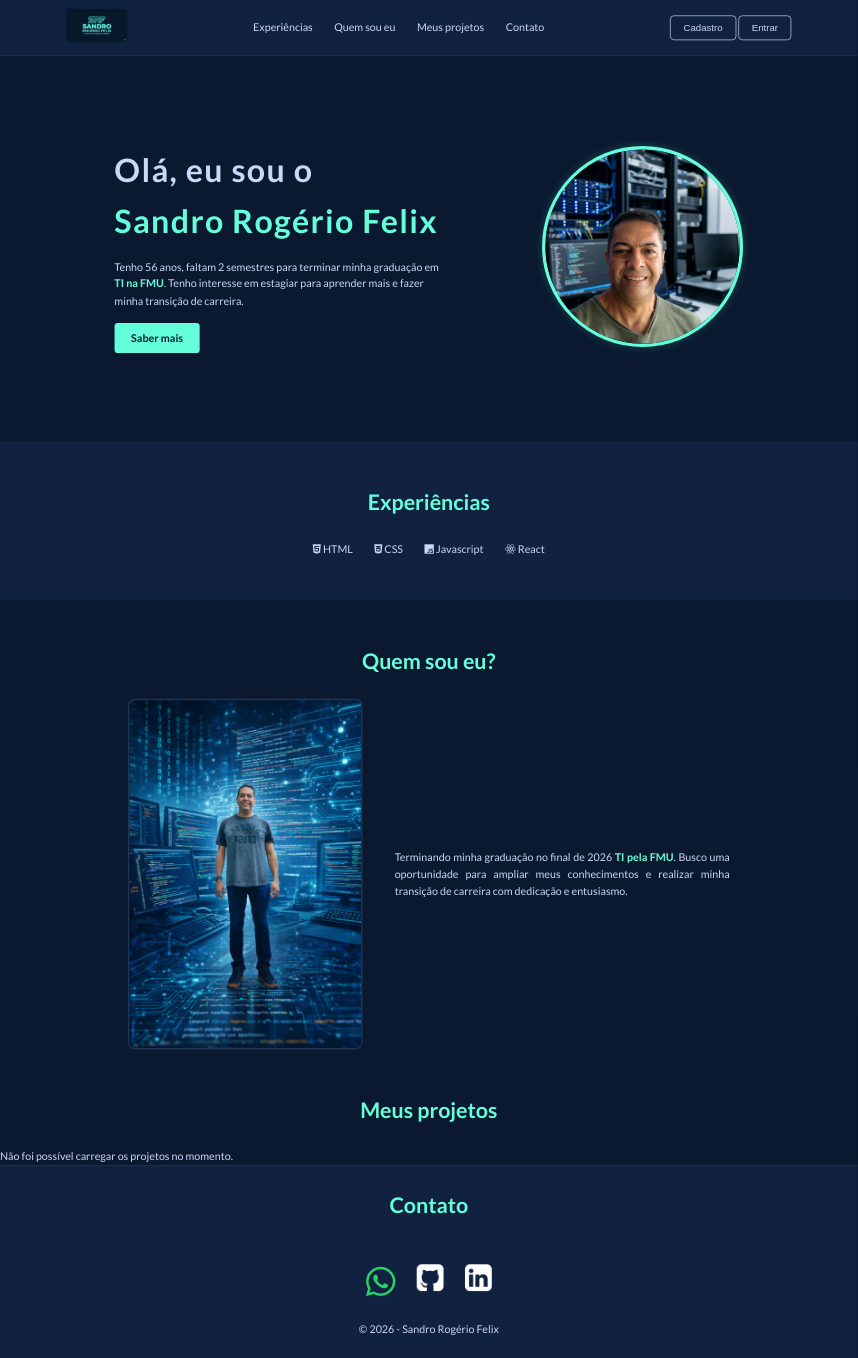
Repository: Sandro1969-tech/portifolio-Sandro
Page: index.html
An editor plug-in stored every save of this project. The page is shown before and after a run of saves, followed by the edit.
The browser window is 1280 px wide. The pictures show the whole page, at 67% of full size.
The page's requests for data from a server got no answer.

Above is the page before, as saved 2026-07-20 17:57:25.

### index.html
<!DOCTYPE html>
<html lang="pt-br">
<head>
    <meta charset="UTF-8" />
    <meta name="viewport" content="width=device-width, initial-scale=1.0" />
    <title>Sandro Rogério Felix | Portfólio</title>
    <link rel="stylesheet" href="style.css" />
    <link rel="stylesheet" href="https://cdnjs.cloudflare.com/ajax/libs/font-awesome/6.0.0/css/all.min.css">
</head>
<body>
    <header>
        <div class="box-img-header">
            <img class="img-logo" src="image/logo.png" alt="logo-SRF" />
        </div>
        <nav>
            <a href="#experiences" class="nav-links">Experiências</a>
            <a href="#quem-sou-eu" class="nav-links">Quem sou eu</a>
            <a href="#meus-projetos" class="nav-links">Meus projetos</a>
            <a href="#contact" class="nav-links">Contato</a>
        </nav>
        <div class="header-btns">
            <button class="box-btn-actions">Cadastro</button>
            <button class="box-btn-actions">Entrar</button>
        </div>
    </header>

    <main>
        <section class="first-section">
            <div class="box-text-main">
                <h1>Olá, eu sou o<br /><strong>Sandro Rogério Felix</strong></h1>
                <p>
                    Tenho 56 anos, faltam 2 semestres para terminar minha graduação
                    em <strong>TI na FMU</strong>. Tenho interesse em estagiar para
                    aprender mais e fazer minha transição de carreira.
                </p>
                <a href="#contact" class="link-action">Saber mais</a>
            </div>

            <div class="box-img-main">
                <img class="img-profile" src="image/img-logo.png" alt="perfil Sandro Rogério Felix" />
            </div>
        </section>

        <section id="experiences" class="second-section">
            <h2 class="title">Experiências</h2>
            <ul>
                <li><i class="fab fa-html5"></i> HTML</li>
                <li><i class="fab fa-css3-alt"></i> CSS</li>
                <li><i class="fab fa-js"></i> Javascript</li>
                <li><i class="fab fa-react"></i> React</li>
            </ul>
        </section>

        <section id="quem-sou-eu" class="third-section">
            <h2 class="title">Quem sou eu?</h2>
            <div>
<img class="quem-sou-eu" src="image/tech.png" alt="Tecnologia">                <p>
                    Terminando minha graduação no final de 2026 <strong>TI pela FMU</strong>.
                    Busco uma oportunidade para ampliar meus conhecimentos e realizar
                    minha transição de carreira com dedicação e entusiasmo.
                </p>
            </div>
        </section>

        <section id="meus-projetos" class="fourth-section-container">
            <h2 class="title">Meus projetos</h2>
            <p id="loading">Carregando repositórios do GitHub...</p>
            <div id="meus-projetos-list"></div>
        </section>
    </main>

    <footer id="contact">
        <h2 class="title">Contato</h2>
        <div class="footer-content">
            <a href="https://wa.me/5511949633343?text=Olá%20Sandro,%20vi%20seu%20portfólio" target="_blank">
                <i class="fab fa-whatsapp"></i>
            </a>
            <a href="https://github.com/Sandro1969-tech" target="_blank">
  <img src="image/github.png" alt="icone github" />
</a>
<a href="https://linkedin.com/in/sandro-rogerio-felix-b43828372" target="_blank">
  <img src="image/linkedin.png" alt="icone linkedin" />
</a>        </div>
        <p>© 2026 - Sandro Rogério Felix</p>
    </footer>

    <script src="main.js"></script>
</body>
</html>

### style.css
/* --- ESTILO COMPLETO: SANDRO ROGÉRIO FELIX --- */

@import url("https://fonts.googleapis.com/css2?family=Lato:wght@400;700&display=swap");

/* Reset global */
* {
  margin: 0;
  padding: 0;
  box-sizing: border-box;
}

/* Variáveis de cor (Visual Dark Neon) */
:root {
  --bg-color: #0a192f;
  --bg-secondary: #112240;
  --text-main: #ccd6f6;
  --text-highlight: #64ffda;
  --accent: #233554;
}

/* Corpo */
body {
  background-color: var(--bg-color);
  font-family: 'Lato', sans-serif;
  color: var(--text-main);
  line-height: 1.6;
}

/* Scrollbar */
::-webkit-scrollbar {
  width: 10px;
}
::-webkit-scrollbar-track {
  background: var(--bg-secondary);
}
::-webkit-scrollbar-thumb {
  background: var(--accent);
}
::-webkit-scrollbar-thumb:hover {
  background: var(--text-highlight);
}

html {
  scroll-behavior: smooth;
}

/* Header */
header {
  display: flex;
  justify-content: space-around;
  align-items: center;
  gap: 1rem;
  flex-wrap: wrap;
  padding: .8rem;
  background-color: var(--bg-secondary);
  min-height: 70px;
  border-bottom: 1px solid var(--accent);
}

.img-logo {
  height: 50px !important;
  width: auto;
}

nav {
  display: flex;
  gap: 2rem;
  justify-content: center;
}

.nav-links {
  text-decoration: none;
  color: var(--text-main);
  transition: .4s;
}

.nav-links:hover {
  color: var(--text-highlight);
  text-decoration: underline;
}

/* Botões */
button.box-btn-actions {
  padding: .6rem 1.2rem;
  font-size: .9rem;
  border-radius: 6px;
  cursor: pointer;
  transition: .4s;
  background-color: transparent;
  border: 1px solid var(--text-main);
  color: var(--text-main);
}

button.box-btn-actions:hover {
  background-color: var(--accent);
  border-color: var(--text-highlight);
  color: var(--text-highlight);
}

/* Primeira Seção */
.first-section {
  display: flex;
  justify-content: space-evenly;
  align-items: center;
  padding: 4rem 2rem;
  min-height: 80vh;
  flex-wrap: wrap;
}

.box-text-main {
  max-width: 500px;
}

h1 {
  font-size: 3rem;
  letter-spacing: 2px;
  margin-bottom: 1rem;
}

strong {
  color: var(--text-highlight);
}

.link-action {
  display: inline-block;
  margin-top: 20px;
  text-decoration: none;
  background-color: var(--text-highlight);
  color: var(--bg-color);
  padding: 10px 25px;
  border-radius: 5px;
  font-weight: bold;
  transition: .3s;
}

.link-action:hover {
  transform: translateY(-3px);
  box-shadow: 0 5px 15px rgba(100, 255, 218, 0.3);
}

.img-profile {
  border-radius: 50%;
  width: 300px !important;
  height: 300px !important;
  border: 5px solid var(--text-highlight);
  box-shadow: 0 0 15px rgba(100, 255, 218, 0.2);
  object-fit: cover;
}

/* Título Geral (H2) */
.title {
  color: var(--text-highlight);
  font-size: 2rem;
  margin-bottom: 2rem;
  width: 100%;
  text-align: center; /* Garante que o texto dentro dele centralize */
}

/* Segunda Seção (Experiências) */
.second-section {
  background-color: var(--bg-secondary);
  padding: 4rem 2rem;
  display: flex;
  flex-direction: column;
  align-items: center;
}

.second-section ul {
  list-style: none;
  display: flex;
  justify-content: center;
  gap: 2rem;
  flex-wrap: wrap;
}

/* Terceira Seção (Quem sou eu) */
.third-section {
  padding: 4rem 2rem;
  display: flex;
  flex-direction: column;
  align-items: center;
}

.third-section div {
  display: flex;
  justify-content: center;
  align-items: center;
  gap: 3rem;
  flex-wrap: wrap;
}

.quem-sou-eu {
  width: 350px !important; /* Tamanho corrigido conforme conversamos */
  height: auto !important;
  border-radius: 10px;
  border: 2px solid var(--accent);
}

.third-section p {
  max-width: 500px;
  text-align: justify;
}

/* QUARTA SEÇÃO (Projetos) - AJUSTE DE CENTRALIZAÇÃO */
.fourth-section {
  padding: 4rem 2rem;
  display: flex;
  flex-direction: column; /* Coloca o H2 em cima da lista */
  align-items: center;    /* Centraliza o H2 e a lista horizontalmente */
  width: 100%;
}

/* Estilo específico para o H2 dos projetos para garantir o centro */
.fourth-section .title {
  display: block;
  margin: 0 auto 2rem auto;
  text-align: center;
}

#meus-projetos-list {
  display: flex;
  flex-wrap: wrap;
  justify-content: center; /* Centraliza os botões dos projetos */
  gap: 12px;
  max-width: 1000px;
  margin: 0 auto;
}

#meus-projetos-list a {
  background-color: rgba(100, 255, 218, 0.1);
  color: var(--text-highlight);
  text-decoration: none;
  padding: 10px 20px;
  border: 1px solid rgba(100, 255, 218, 0.3);
  border-radius: 50px;
  font-size: 14px;
  transition: all 0.3s ease;
}

#meus-projetos-list a:hover {
  background-color: var(--text-highlight);
  color: var(--bg-color);
  transform: scale(1.05);
}

/* Rodapé */
footer {
  padding: 2rem;
  background-color: var(--bg-secondary);
  display: flex;
  flex-direction: column;
  align-items: center;
  gap: 2rem;
  border-top: 1px solid var(--accent);
}

footer div {
  display: flex;
  justify-content: center;
  gap: 2rem;
  flex-wrap: wrap;
}

footer img {
  width: 40px;
  height: 40px;
  filter: brightness(0) invert(1);
}

footer i.fa-whatsapp {
  font-size: 50px;
  color: #25D366;
}

### main.js
async function getProjects() {
    const urlGitHub = "https://api.github.com/users/Sandro1969-tech/repos?sort=created&per_page=100";
    const loadingElement = document.getElementById('loading');
    const container = document.getElementById('meus-projetos-list');

    try {
        const response = await fetch(urlGitHub);
        if (!response.ok) throw new Error('Erro na requisição');

        const data = await response.json();

        loadingElement.style.display = 'none';
        container.innerHTML = ""; // Limpa o container antes de carregar

        data.forEach(repo => {
            // Cria o elemento de link para o projeto
            const a = document.createElement("a");
            a.href = repo.html_url;
            a.target = "_blank";
            a.rel = "noopener noreferrer";

            // Formata o nome: substitui hifens por espaços e deixa em maiúsculo
            const projectName = repo.name.replace(/-/g, ' ').toUpperCase();
            a.textContent = projectName;

            // Adiciona uma pequena descrição se houver (opcional)
            if (repo.description) {
                a.title = repo.description;
            }

            container.appendChild(a);
        });

    } catch (e) {
        console.error("Erro ao procurar projetos:", e);
        loadingElement.textContent = "Não foi possível carregar os projetos no momento.";
    }
}

// Executa a função ao carregar a página
getProjects();

After the next 2 saves:
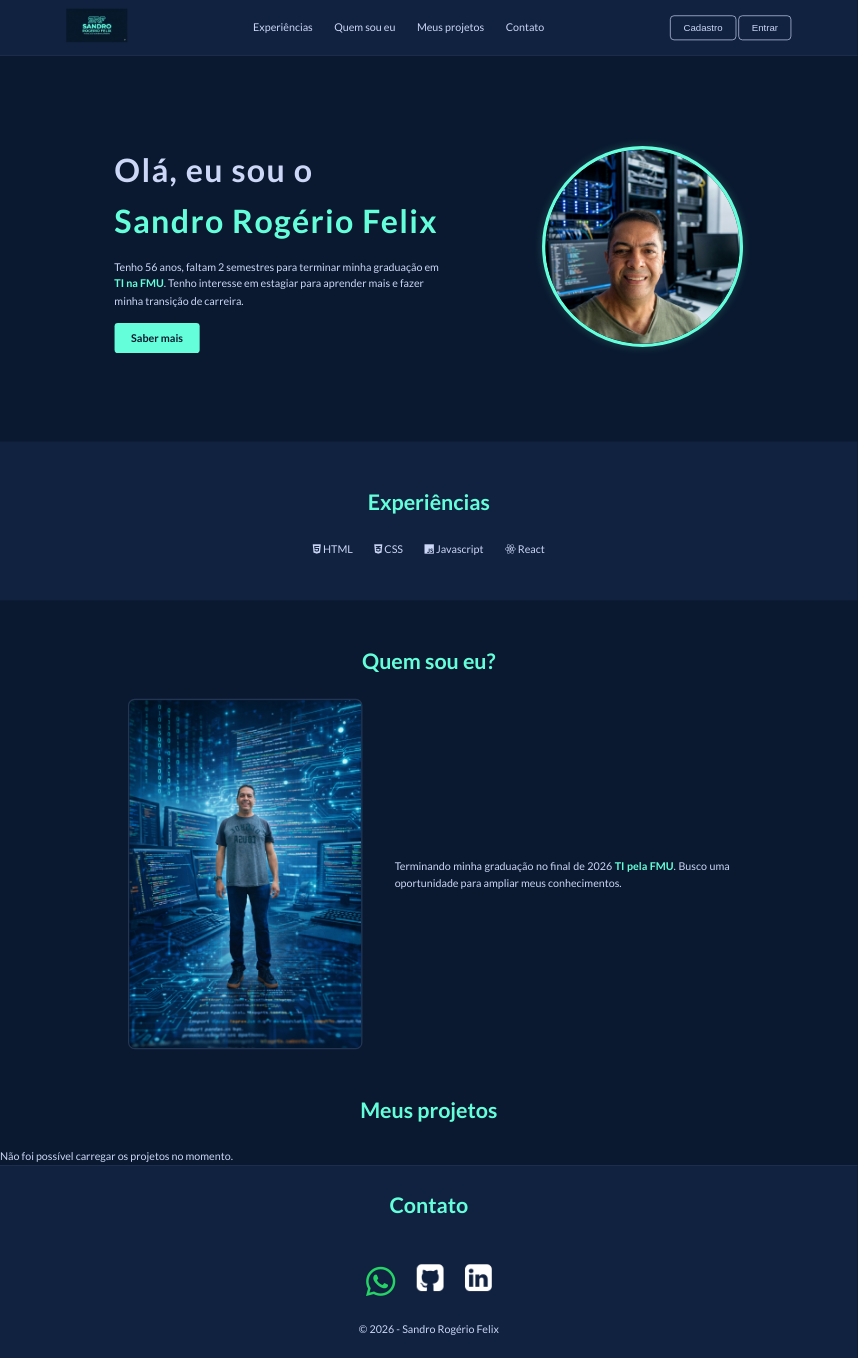
The 2 saves are shown as one change because they came seconds apart.
The last was saved 11 s later.
--- a/index.html
+++ b/index.html
@@ -56,8 +56,7 @@
             <div>
 <img class="quem-sou-eu" src="image/tech.png" alt="Tecnologia">                <p>
                     Terminando minha graduação no final de 2026 <strong>TI pela FMU</strong>.
-                    Busco uma oportunidade para ampliar meus conhecimentos e realizar
-                    minha transição de carreira com dedicação e entusiasmo.
+                    Busco uma oportunidade para ampliar meus conhecimentos.
                 </p>
             </div>
         </section>
